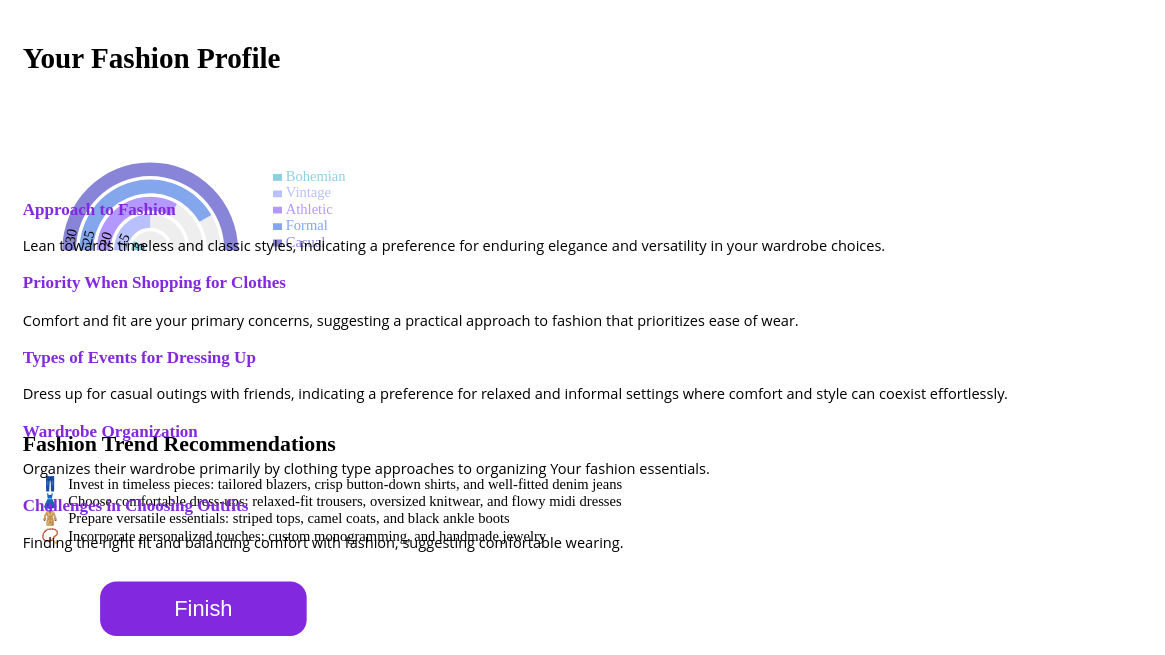
Repository: navnneett/clotho
Page: /QuizQuestions/Chart
These files come from the project's save history. The page is drawn as it stood at one moment and after the next save; the edit follows.
The browser window is 1280 px wide. The pictures show the whole page, at 91% of full size.
The project was rebuilt for these pictures with package versions that can differ from the ones it lists, and the page was loaded fresh each time. The framework's server and built-in components were replaced by stand-ins that run in the browser. Also part of the build but not shown: next.config.js, next.config.mjs.

Above is the page before, as saved 2024-04-06 19:29:06.

After the next save:
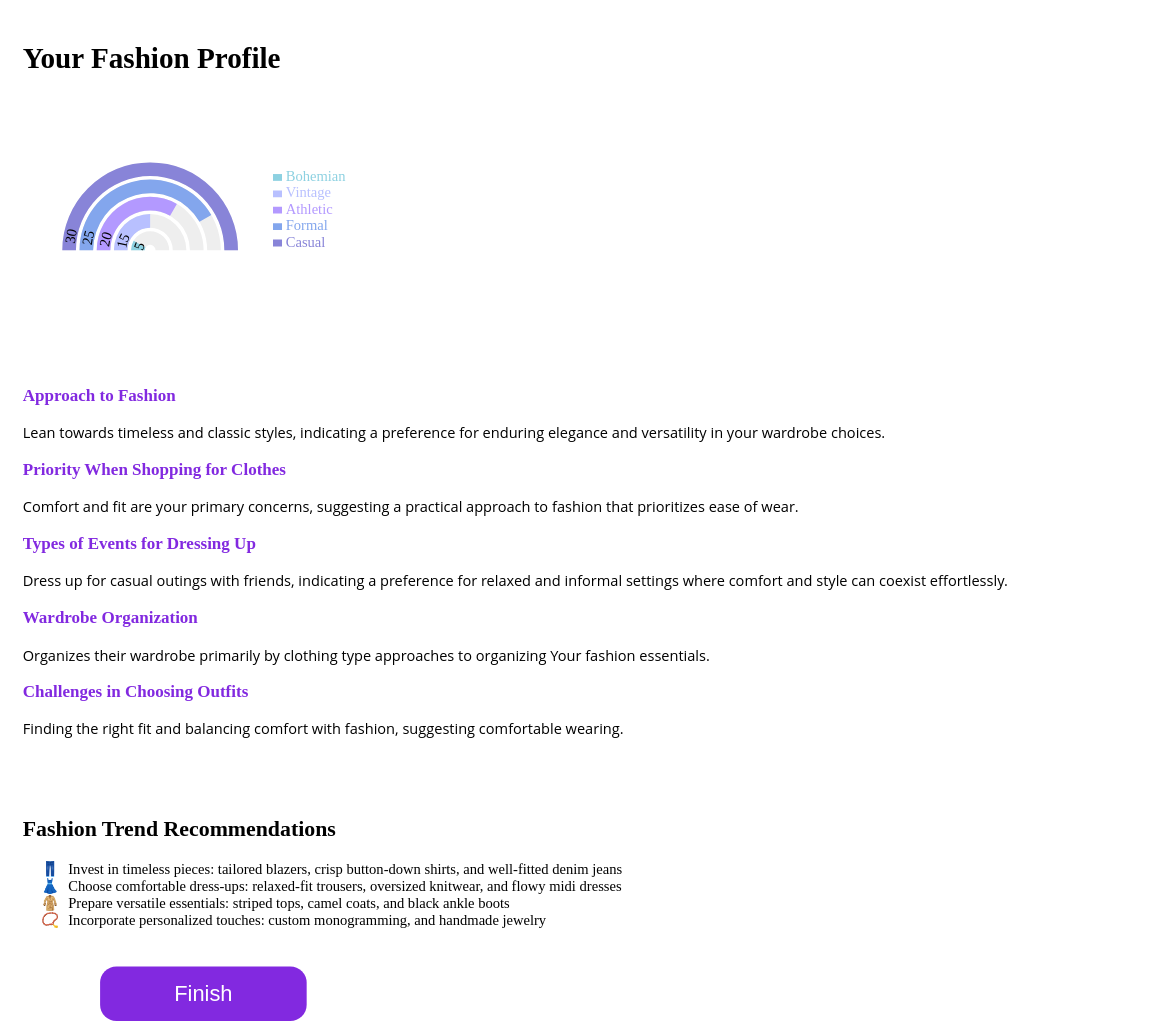
Saved 10 s later.
--- a/styles/Chart.module.css
+++ b/styles/Chart.module.css
@@ -15,8 +15,7 @@
 }
 
 .mainContents {
-    position: absolute;
-    top: 200px;
+
 }
 
 .analysisContent {
